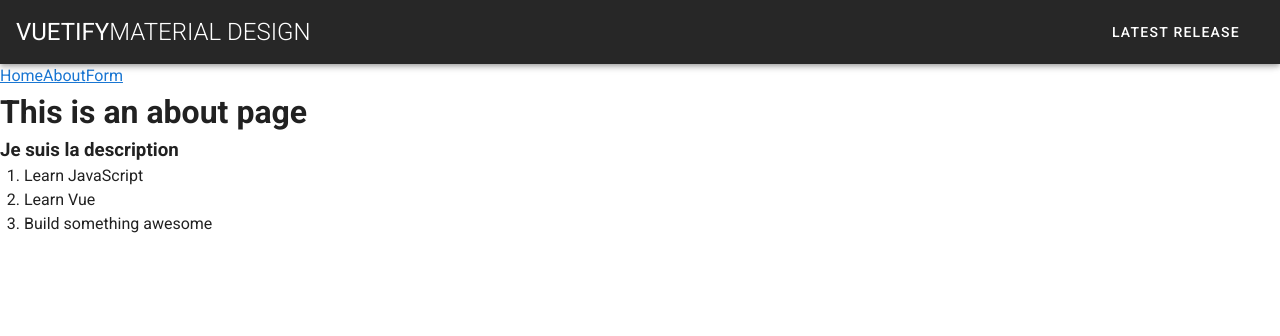
Repository: Symfomany/vuex-testing
Page: /about
These files come from the project's save history. The page is drawn as it stood at one moment and after a run of saves; the edit follows.
The browser window is 1280 px wide. The pictures show the whole page.
The project was rebuilt for these pictures with package versions that can differ from the ones it lists, and the page was loaded fresh each time. Also part of the build but not shown: src/components/HelloWorld.vue, src/components/Nb.vue, src/components/Liste.vue, src/containers/Home.vue.

Above is the page before, as saved 2019-07-27 09:45:50.

After the next 2 saves:
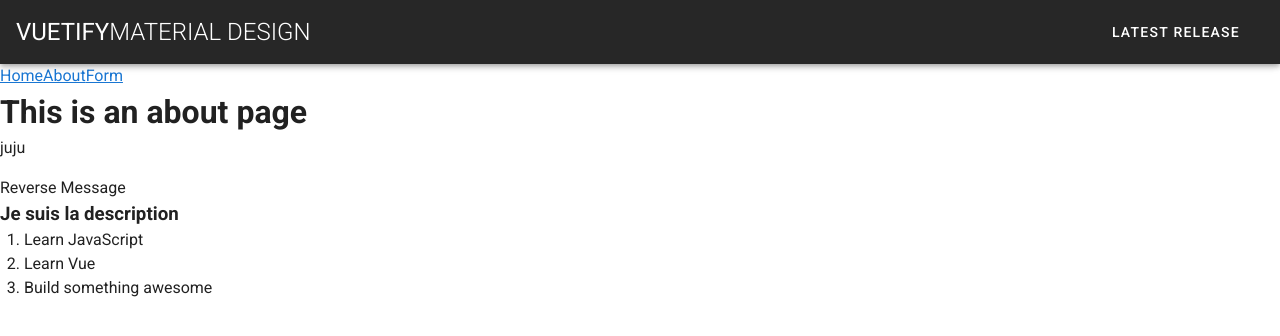
The 2 saves are shown as one change because they came seconds apart.
The last was saved 117 s later.
--- a/src/components/Description.vue
+++ b/src/components/Description.vue
@@ -1,5 +1,8 @@
 <template>
   <div>
+    <p>{{ message }}</p>
+    <button v-on:click="reverseMessage">Reverse Message</button>
+
     <v-alert v-model="show" type="success" class="mb-4 success">Il y a trop de todos!</v-alert>
     <v-alert v-model="showTwo" type="error" class="mb-4 error">Il y a pas assez de todos!</v-alert>
     <h3>Je suis la description</h3>
@@ -12,7 +15,13 @@
 
 <script>
 export default {
+   methods: {
+    reverseMessage() {
+      this.message = this.message.split('').reverse().join('')
+    }
+  },
   data: () => ({
+    message: 'juju',
     seen: false,
     todos: [
       { text: "Learn JavaScript" },
